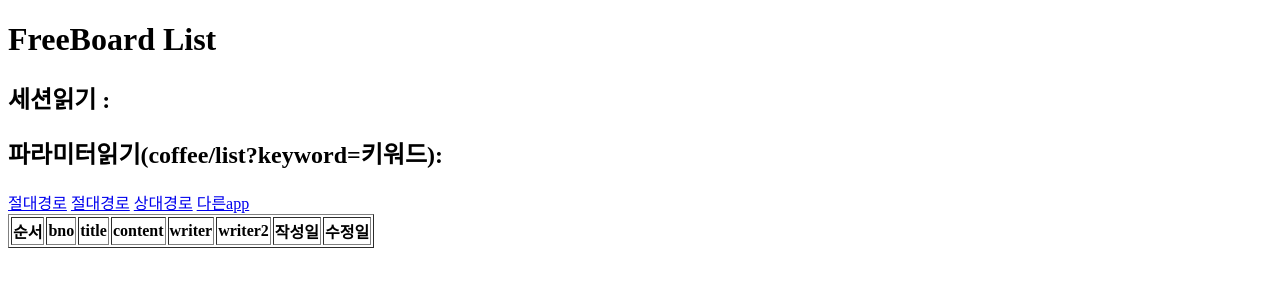
Repository: KJH412/studySpringBoot
Page: http://localhost/coffee/list
The author's editor kept a copy of each file at every save. The page is drawn from the files as they stood at one save, then again after the next save.
The browser window is 1280 px wide. The pictures show the whole page.
The page is this project's Thymeleaf template; nobody is signed in. The template is opened directly, without the code that normally fills it, so the values that code supplies are empty.

Above is the page before, as saved 2024-07-25 02:21:00.

After the next save:
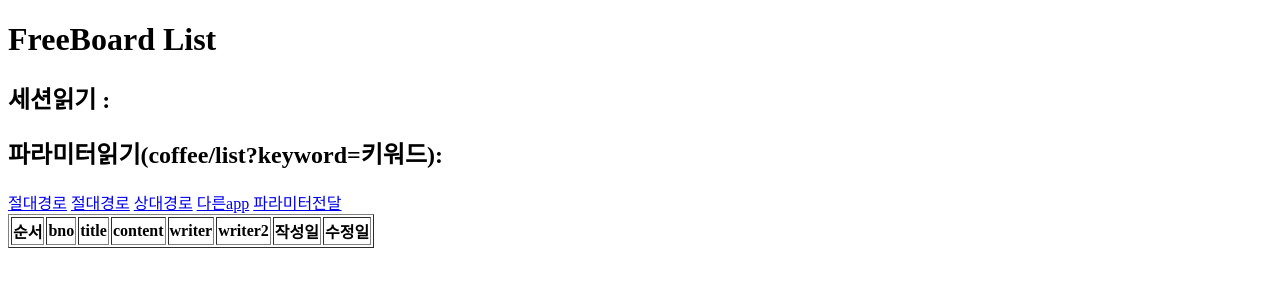
Saved 14 s later.
--- a/workspace-sts4.23/firstzone/src/main/resources/templates/coffee/list.html
+++ b/workspace-sts4.23/firstzone/src/main/resources/templates/coffee/list.html
@@ -12,7 +12,7 @@
 	<a th:href="@{/http://localhost:9990/coffee/page1}">절대경로</a>
 	<a th:href="@{page1}">상대경로</a>
 	<a th:href="@{!/coffee/page1}">다른app</a>
-	<a th:href="@{!/coffee/page1}"></a>
+	<a th:href="@{page1(myname=jin)}">파라미터전달</a>
 	<!-- 지역변수 사용시 with -->
 	<table border = "1", th:with="myuser='user2'">
 		<tr>
